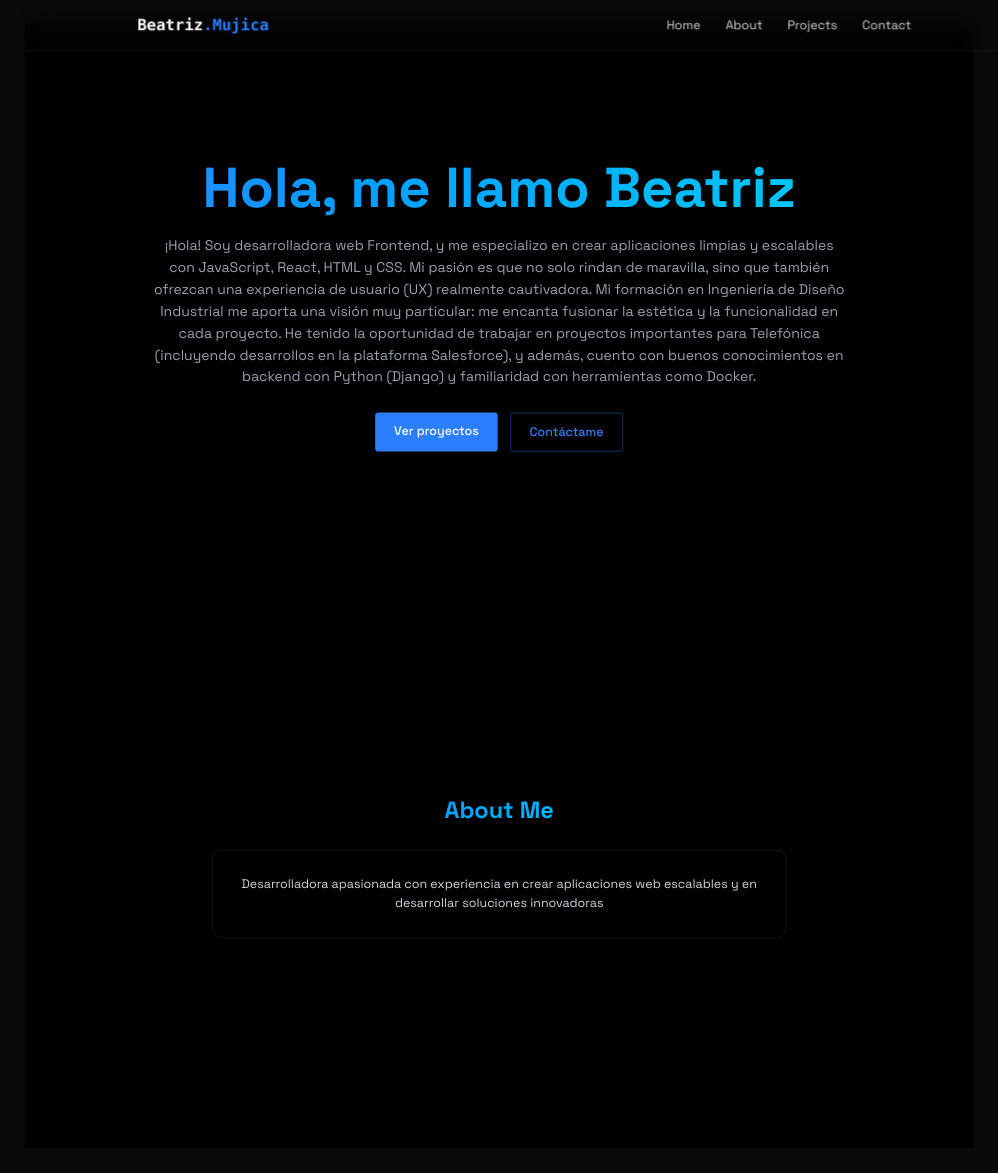
Repository: Bea0224/beatriz-portfolio
Page: /
An editor plug-in stored every save of this project. The page is shown before and after a run of saves, followed by the edit.
The browser window is 1280 px wide. The pictures show the whole page, at 78% of full size.
The project was rebuilt for these pictures with package versions that can differ from the ones it lists, and the page was loaded fresh each time. Also part of the build but not shown: vite.config.js.

Above is the page before, as saved 2025-12-06 20:57:46.

### index.html
<!doctype html>
<html lang="en">
  <head>
    <meta charset="UTF-8" />
    <link rel="icon" type="image/svg+xml" href="/vite.svg" />
    <link rel="preconnect" href="https://fonts.googleapis.com">
    <link rel="preconnect" href="https://fonts.gstatic.com" crossorigin>
    <link
      href="https://fonts.googleapis.com/css2?family=Space+Grotesk:wght@300..700&display=swap"
      rel="stylesheet"
    />
    <meta name="viewport" content="width=device-width, initial-scale=1.0" />
    <title>Vite + React</title>
  </head>
  <body>
    <div id="root"></div>
    <script type="module" src="/src/main.jsx"></script>
  </body>
</html>

### src/index.css
@import "tailwindcss";

html,
body {
  margin: 0;
  padding: 0;
  font-family: "Space Grotesk", sans-serif;
  background: #0a0a0a;
  color: #f3f4f6;
}

@layer utilities {
  @keyframes blink {
    0%,
    100% {
      opacity: 1;
    }
    50% {
      opacity: 0;
    }
  }

  .animate-blink {
    animation: blink 0.8s step-end infinite;
  }

  @keyframes loading {
    0% {
      transform: translateX(-100%);
    }
    100% {
      transform: translateX(250%);
    }
  }

  .animate-loading-bar {
    animation: loading 0.8s ease infinite;
  }
}

.reveal {
  opacity: 0;
  transform: translateY(20px);
  transition: opacity 0.7s ease, transform 0.7s ease;
}

.reveal.visible {
  opacity: 1;
  transform: translateY(0);
}

### src/App.jsx
import { useState } from 'react';
import './App.css'
import {LoadingScreen} from "./components/LoadingScreem";
import { Navbar } from './components/Navbar';
import { MobileMenu } from './components/MobileMenu';
import { Home } from './components/sections/Home';
import { About } from './components/sections/About';
// import { Projects } from './components/sections/Projects';
// import { Contact } from './components/sections/Contact';

import "./index.css"

function App() {
  const [isLoaded, setIsLoaded] = useState(false)
  const [menuOpen, setMenuOpen] = useState(false)

  return (
    <>
      {!isLoaded && <LoadingScreen onComplete={()=>setIsLoaded(true)} />}{" "}
        <div className={`min-h-screen transition-opacity duration-700 ${isLoaded ? "opacity-100" : "opacity-0"
        } bg-black text-gray-100`}
        >
          <Navbar menuOpen={menuOpen} setMenuOpen={setMenuOpen} />
          <MobileMenu menuOpen={menuOpen} setMenuOpen={setMenuOpen} />
          <Home />
          <About />
          {/*<Projects />
          <Contact /> */}
        </div>
    </>
  )
}

export default App

### src/components/LoadingScreem.jsx
import { useEffect, useState } from "react";

export const LoadingScreen = ({ onComplete }) => {
  const [text, setText] = useState("");
  const fullText = "<Hello Wolrd! />";

  useEffect(() => {
    let index = 0;
    const interval = setInterval(() => {
      setText(fullText.substring(0, index));
      index++;

      if (index > fullText.length) {
        clearInterval(interval);

        setTimeout(() => {
          onComplete();
        }, 1000);
      }
    }, 100);

    return () => clearInterval(interval);
  }, [onComplete]);

  return (
    <div className="fixed inset-0 z-50 bg-black text-gray-100 flex flex-col items-center justify-center">
      <div className="mb-4 text-4xl font-mono font-bold">
        {text} <span className="animate-blink ml-1"> | </span>
      </div>

      <div className="w-[200px] h-[2px] bg-gray-800 rounded relative overflow-hidden">
        <div className="w-[40%] h-full bg-blue-500 shadow-[0_0_15px_#3b82f6] animate-loading-bar"></div>
      </div>
    </div>
  );
};

### src/components/Navbar.jsx
import { useEffect } from "react"

export const Navbar = ({menuOpen, setMenuOpen}) => {

    useEffect(() => {
        document.body.style.overflow = menuOpen ? "hidden" : "";
    }, [menuOpen])

    return (
    <nav className="fixed top-0 w-full z-40 bg-[rgba(10, 10, 10, 0.8)] backdrop-blur-lg border-b border-white/10 shadow-lg">
        <div className="max-w-5xl mx-auto px-4">
            <div className="flex justify-between items-center h-16">
                <a href="#home" className="font-mono text-xl font-bold text-white">
                    {" "}
                    Beatriz<span className="text-blue-500">.Mujica</span>{" "}
                </a>
                <div className="w-7 h-5 relative cursor-pointer z-40 md:hidden" onClick={()=> setMenuOpen((prev => !prev))}>
                    &#9776;
                </div>
                <div className="hidden md:flex items-center space-x-8">
                    <a
                        href="#home"
                        className="text-gray-300 hove:text-white transition-colors"
                    >
                        {" "}
                        Home{" "}
                    </a>
                    <a
                        href="#about"
                        className="text-gray-300 hove:text-white transition-colors"
                    >
                        {" "}
                        About{" "}
                    </a>
                    <a
                        href="#projects"
                        className="text-gray-300 hove:text-white transition-colors"
                    >
                        {" "}
                        Projects{" "}
                    </a>
                    <a
                        href="contact"
                        className="text-gray-300 hove:text-white transition-colors"
                    >
                        {" "}
                        Contact{" "}
                    </a>
                </div>
            </div>
        </div>
    </nav>
    )
}

### src/components/MobileMenu.jsx
export const MobileMenu = ({menuOpen, setMenuOpen}) => {


    return (
        <div className={`fixed top-0 left-0 w-full bg-[rgba(10,10,10,0.8)] z-40 flex flex-col items-center justify-center
                         transition-all duration-300 ease-in-out
                         ${menuOpen
                            ? "h-screen opacity-100 pointer-events-auto"
                            : "h-0 opacity-0 pointer-events-none"
                         }
                        `}
        >
            <button
                onClick={() => setMenuOpen(false)}
                className="absolute top-6 right-6 text-white text-3xl focus:outline-none cursor-pointer"
                aria-label="Close Menu"
                >
                &times;
            </button>

            <a
                href="#home"
                onClick={() => setMenuOpen(false)}
                className={`text-2xl font-semibold text-white my-4 tranform transition-transform duration-300
                            ${
                                menuOpen
                                    ? "opacity-100 translate-y-0"
                                    : "opacity-0 translate-y-5"
                            }
                    `}
            >
                Home
            </a>
            <a
                href="#about"
                onClick={() => setMenuOpen(false)}
                className={`text-2xl font-semibold text-white my-4 tranform transition-transform duration-300
                            ${
                                menuOpen
                                    ? "opacity-100 translate-y-0"
                                    : "opacity-0 translate-y-5"
                            }
                    `}
            >
                About
            </a>
            <a
                href="#projects"
                onClick={() => setMenuOpen(false)}
                className={`text-2xl font-semibold text-white my-4 tranform transition-transform duration-300
                            ${
                                menuOpen
                                    ? "opacity-100 translate-y-0"
                                    : "opacity-0 translate-y-5"
                            }
                    `}
            >
                Projects
            </a>
            <a
                href="contact"
                onClick={() => setMenuOpen(false)}
                className={`text-2xl font-semibold text-white my-4 tranform transition-transform duration-300
                            ${
                                menuOpen
                                    ? "opacity-100 translate-y-0"
                                    : "opacity-0 translate-y-5"
                            }
                    `}
            >
                Contact
            </a>
        </div>
    );
}

### src/components/sections/Home.jsx


export const Home = () => {
    return (
        <section
            id="home"
            className="min-h-screen flex items-center justify-center relative">
                <div className="text-center z-10 px-4">
                    <h1 className="text-5xl md:text-7xl font-bold mb-6 bg-gradient-to-r from-blue-500 to-cyan-400 bg-clip-text text-transparent leading-right">
                        Hola, me llamo Beatriz
                    </h1>
                    <p className="text-gray-400 text-lg mb-8 w-3/4 mx-auto">
                        ¡Hola! Soy desarrolladora web Frontend, y me especializo en crear aplicaciones limpias y escalables con JavaScript, React, HTML y CSS. Mi pasión es que no solo rindan de maravilla, sino que también ofrezcan una experiencia de usuario (UX) realmente cautivadora.
                        Mi formación en Ingeniería de Diseño Industrial me aporta una visión muy particular: me encanta fusionar la estética y la funcionalidad en cada proyecto.
                        He tenido la oportunidad de trabajar en proyectos importantes para Telefónica (incluyendo desarrollos en la plataforma Salesforce), y además, cuento con buenos conocimientos en backend con Python (Django) y familiaridad con herramientas como Docker.
                    </p>
                    <div className="flex justify-center space-x-4">
                        <a href="#projects" className="bg-blue-500 text-white py-3 px-6 rounded font-medium transition relative overflow-hidden hover:-translate-y-0.5 hover:shadow-[0_0_15px_rgba(59, 130, 246, 0.4)]">
                            Ver proyectos
                        </a>
                        <a href="#contact" className="border border-blue-500/50 text-blue-500 py-3 px-6 rounded font-medium transition-all duration-200 hover:shadow-[0_0_15px_rgba(59, 130, 246, 0.2)] hover:bg-blue-500/10">
                            Contáctame
                        </a>
                    </div>
                </div>
        </section>
    )
}

### src/components/sections/About.jsx
export const About = () => {
    return(
        <section
            id="about"
            className="min-h-screen flex items-center justify-center py-20"
        >
            <div className="max-w-3xl mx-auto px-4">
                <h2 className="text-3xl font-bold mb-8 bg-gradient-to-r from-blue-500 to-cyan-400 bg-clip-text text-transparent text-center">
                    {" "}
                    About Me
                </h2>
                <div className="rounded-xl p-8 border-white/10 border hover:-translate-y-l transition-all">
                    <p className="text-gray-300">
                        Desarrolladora apasionada con experiencia en crear aplicaciones web escalables y en desarrollar soluciones innovadoras
                    </p>
                </div>
            </div>
        </section>
    );

}

Loaded but not shown: src/main.jsx (common file); src/App.css (common file)

After the next 2 saves:
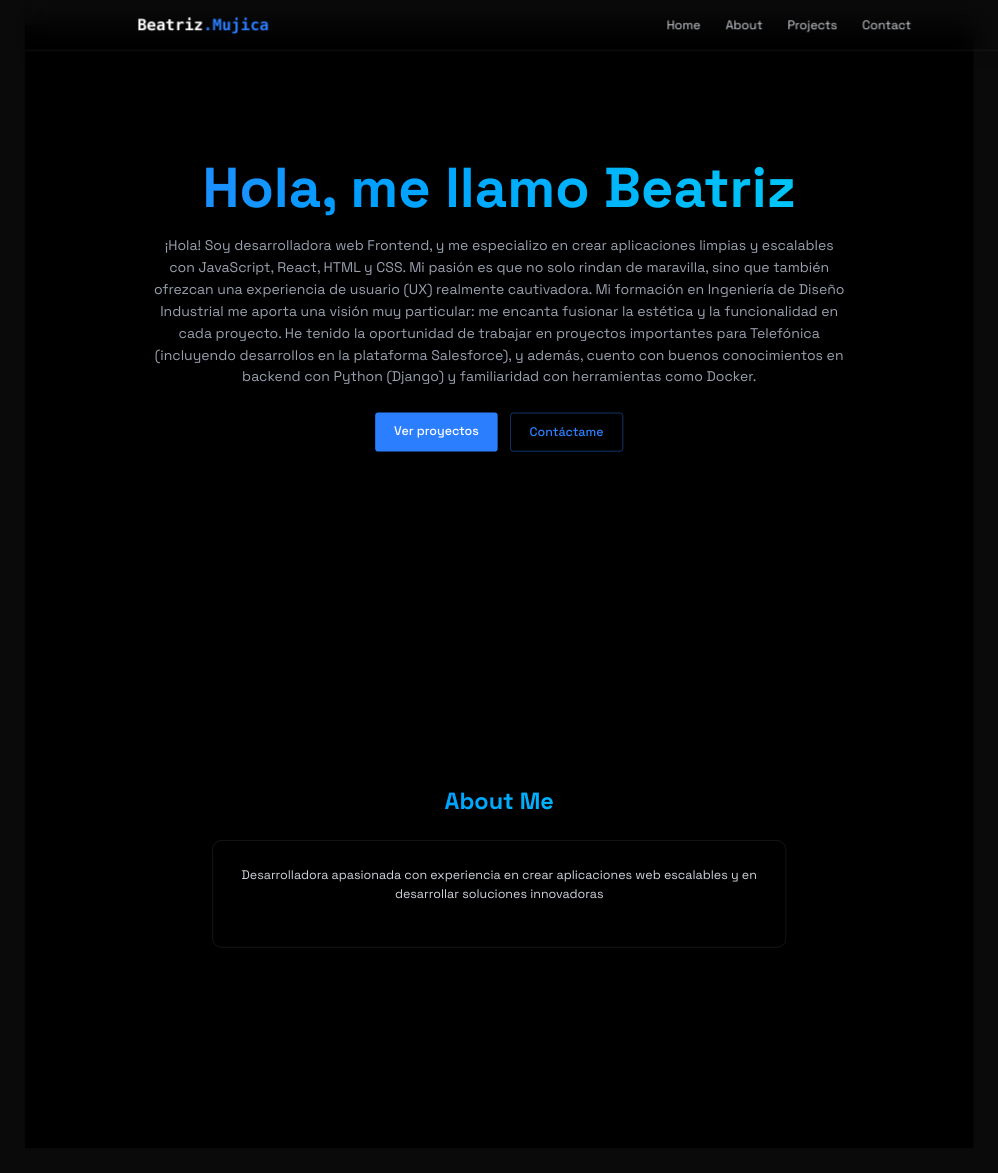
The 2 saves are shown as one change because they came seconds apart.
The last was saved 20 s later.
--- a/src/components/sections/About.jsx
+++ b/src/components/sections/About.jsx
@@ -10,7 +10,7 @@ export const About = () => {
                     About Me
                 </h2>
                 <div className="rounded-xl p-8 border-white/10 border hover:-translate-y-l transition-all">
-                    <p className="text-gray-300">
+                    <p className="text-gray-300 mb-6">
                         Desarrolladora apasionada con experiencia en crear aplicaciones web escalables y en desarrollar soluciones innovadoras
                     </p>
                 </div>
